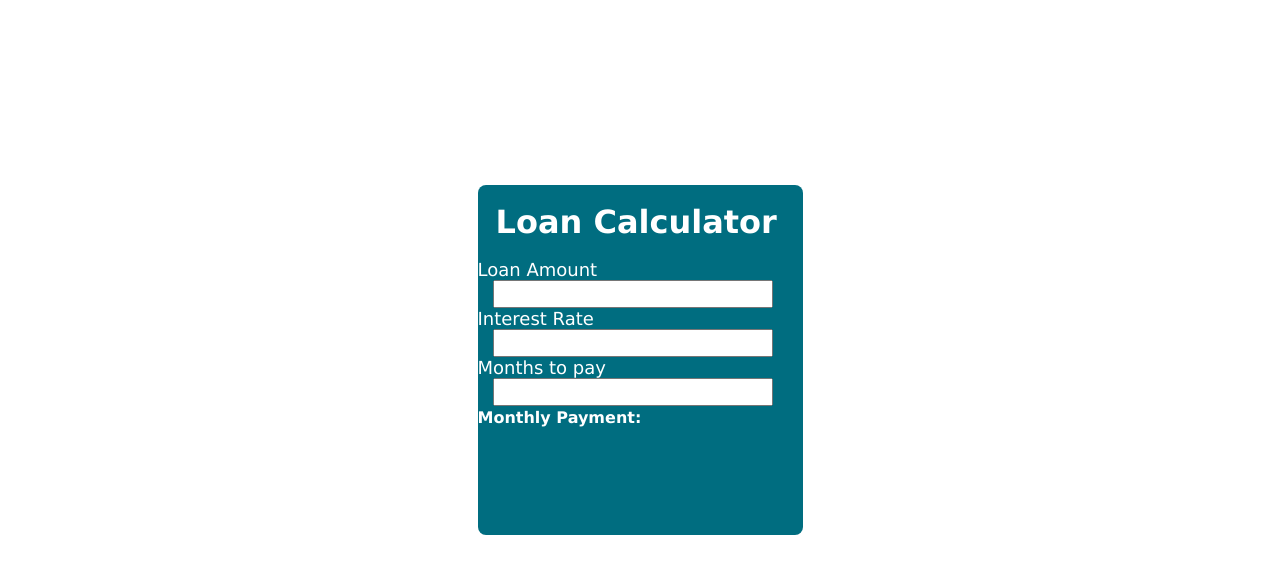
Repository: Ankitkr2021/Loan-Calculator
Page: index.html
The author's editor kept a copy of each file at every save. The page is drawn from the files as they stood at one save, then again after the next save.
The browser window is 1280 px wide. The pictures show the whole page.

Above is the page before, as saved 2025-10-28 08:54:02.

### index.html
<!DOCTYPE html>
<html lang="en">
<head>
    <meta charset="UTF-8">
    <meta name="viewport" content="width=device-width, initial-scale=1.0">
    <title>Loan Calculator</title>
    <link rel="stylesheet" href="./style.css">
</head>
<body>
    <div class="box">
        <h1>Loan Calculator</h1>
        <span>Loan Amount</span>
        <input type="number">
        <span>Interest Rate</span>
        <input type="number">
        <span>Months to pay</span>
        <input type="number">
        <h4>Monthly Payment:<span></span></h4>
    </div>
</body>
</html>

### style.css
*{
    margin: 0;
    padding: 0;
    box-sizing: border-box;
    font-family:'Lucida Sans', 'Lucida Sans Regular', 'Lucida Grande', 'Lucida Sans Unicode', Geneva, Verdana, sans-serif;
}

body{
    display: flex;
    align-items: center;
    justify-content: center;
    height: 100vh;
    width: 100%;
}

.box{
    display: flex;
    flex-direction: column;
    background: rgb(0, 109, 128);
    color: #fff;
    height: 350px;
    width: 325px;
    border-radius: 8px;
}

h1{
    padding: 18px;
}

span {
   font-size: 18px;
}

input{
    width: 280px;
    height: 25px;
    margin-left: 15px;
    padding: 12px;
}

After the next save:
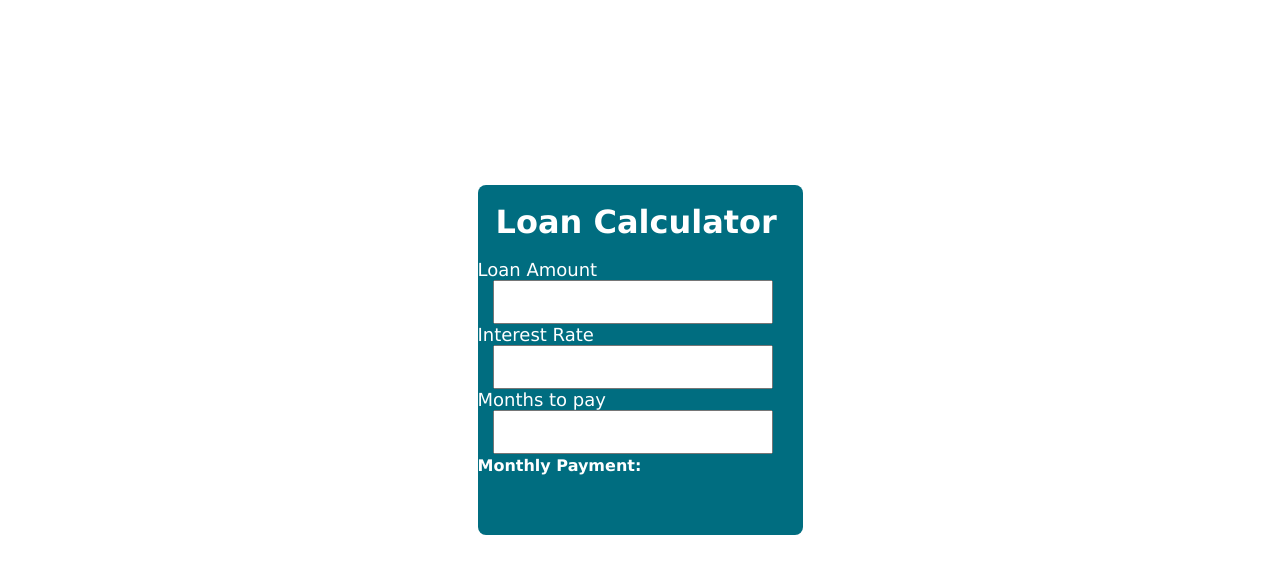
Saved 5 s later.
--- a/style.css
+++ b/style.css
@@ -35,5 +35,5 @@
     width: 280px;
     height: 25px;
     margin-left: 15px;
-    padding: 12px;
+    padding: 20px;
 }

After the save that followed:
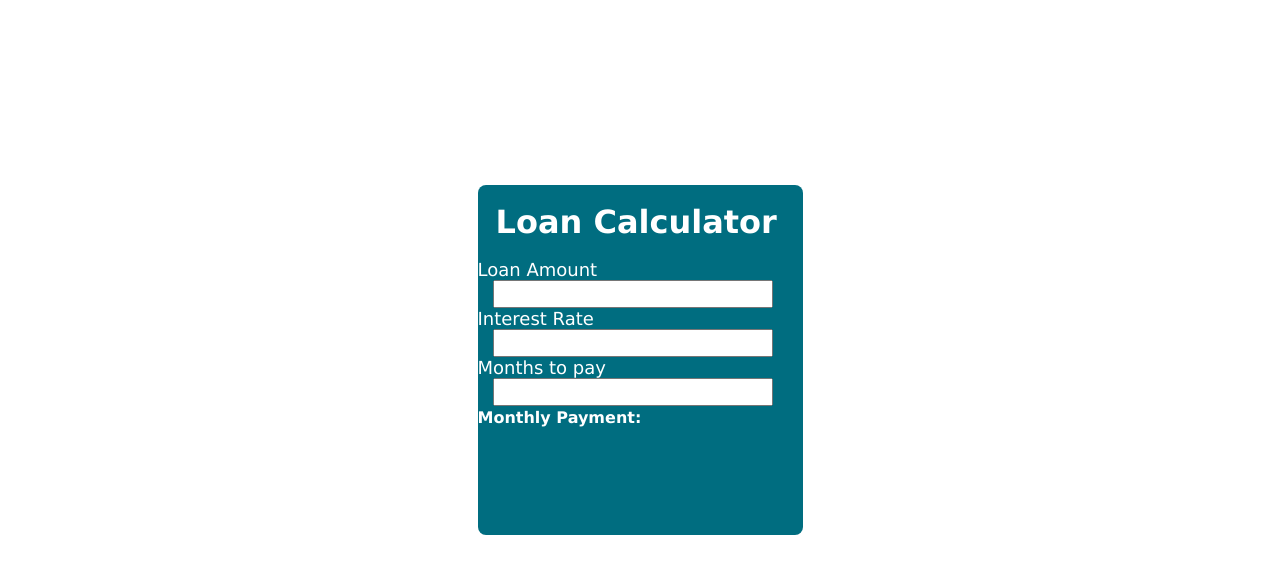
Saved 5 s later.
--- a/style.css
+++ b/style.css
@@ -35,5 +35,5 @@
     width: 280px;
     height: 25px;
     margin-left: 15px;
-    padding: 20px;
+    padding: 12px;
 }
